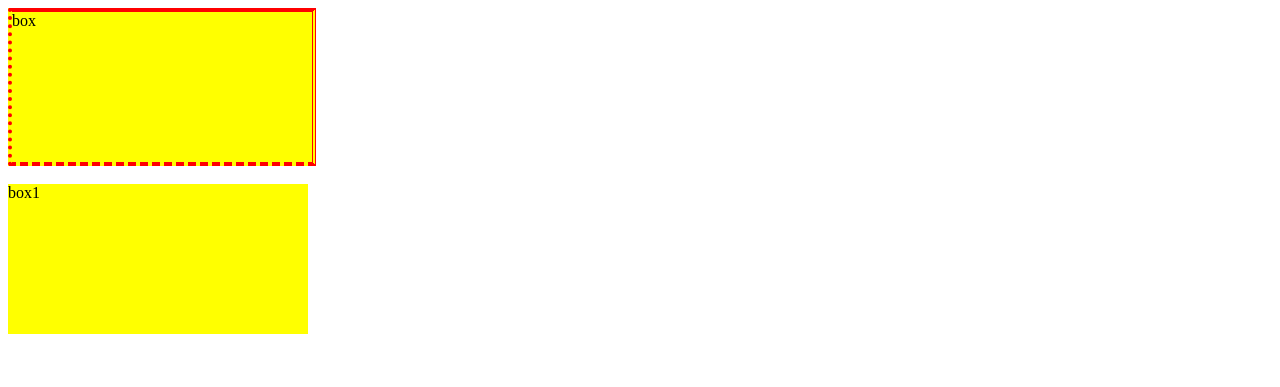
Repository: jeemaru/htme_01
Page: css_02/ex_03.html
An editor plug-in stored every save of this project. The page is shown before and after the next save, followed by the edit.
The browser window is 1280 px wide. The pictures show the whole page.

Above is the page before, as saved 2022-04-07 02:54:50.

After the next save:
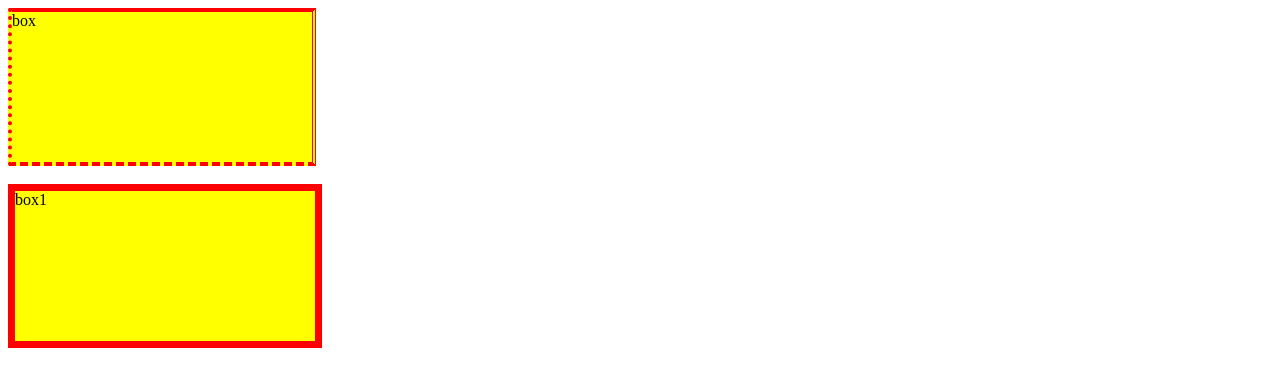
Saved 79 s later.
--- a/css_02/ex_03.html
+++ b/css_02/ex_03.html
@@ -17,7 +17,11 @@
 
         	.box1 {width: 300px;
         		   height: 150px;
-        		   background-color: #ffff00;}
+        		   background-color: #ffff00;
+
+        		   border-width: 7px;
+        		   border-style: solid;
+        		   border-color: #ff0000;}
 
         </style>
     </head>
